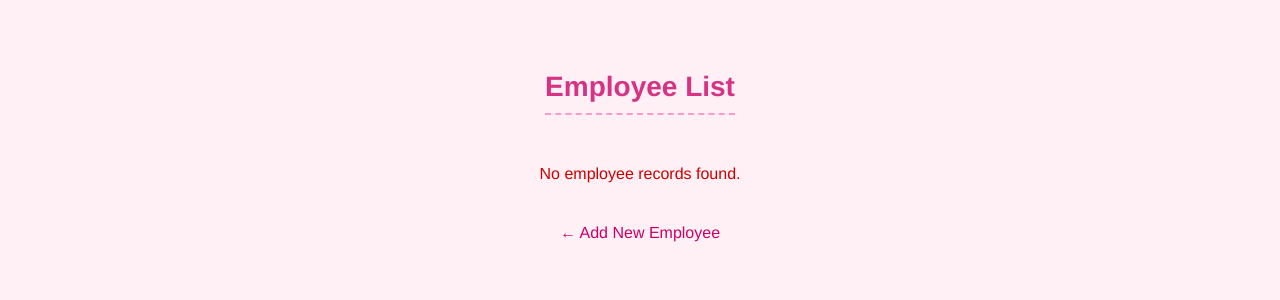
Repository: KUSUMA-74/Advance-JavaProject
Page: http://localhost/EmployeeWebApp/DisplayEmployeeServlet
These files come from the project's save history. The page is drawn as it stood at one moment and after the next save; the edit follows.
The browser window is 1280 px wide. The pictures show the whole page.
The page is served by Tomcat 9. Queries for data that is not in the repository find no rows.

Above is the page before, as saved 2025-05-30 15:10:08.

After the next save:
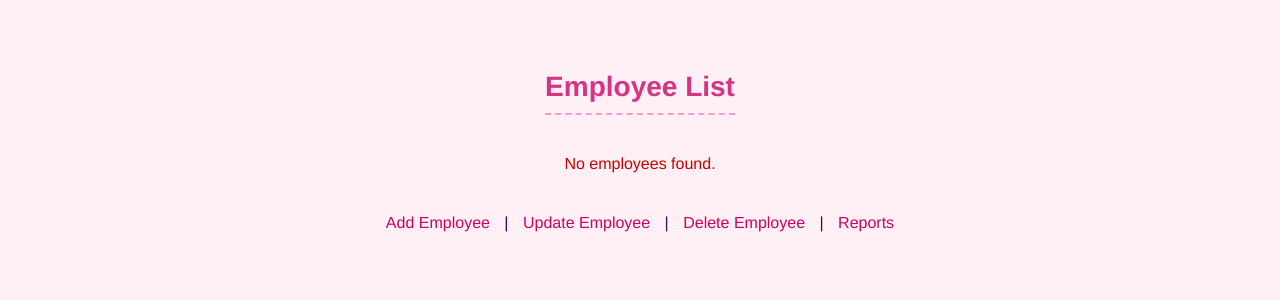
Saved 3 min 1 s later.
--- a/EmployeeWebApp/src/main/webapp/empdisplay.jsp
+++ b/EmployeeWebApp/src/main/webapp/empdisplay.jsp
@@ -1,5 +1,5 @@
-<%@ page import="java.sql.*" %>
 <%@ page contentType="text/html;charset=UTF-8" language="java" %>
+<%@ page import="java.sql.*, java.util.*" %>
 <!DOCTYPE html>
 <html>
 <head>
@@ -7,8 +7,8 @@
     <style>
         body {
             background-color: #fff0f5;
+            color: #4a004a;
             font-family: 'Helvetica Neue', Helvetica, Arial, sans-serif;
-            color: #4a004a;
             padding: 40px;
             display: flex;
             flex-direction: column;
@@ -17,44 +17,40 @@
 
         h2 {
             color: #d63384;
-            margin-bottom: 30px;
             font-size: 28px;
+            margin-bottom: 20px;
             border-bottom: 2px dashed #ff99cc;
             padding-bottom: 10px;
         }
 
         table {
+            border-collapse: collapse;
             width: 90%;
-            max-width: 900px;
-            border-collapse: collapse;
             background-color: #ffe6f0;
-            border: 2px solid #ffcce6;
-            box-shadow: 0 4px 15px rgba(200, 100, 150, 0.2);
-            border-radius: 12px;
+            box-shadow: 0 4px 12px rgba(200, 100, 150, 0.2);
+            margin-top: 20px;
+            border-radius: 10px;
             overflow: hidden;
         }
 
         th, td {
-            padding: 12px 15px;
+            padding: 12px;
             text-align: center;
+            border-bottom: 1px solid #ffcce6;
         }
 
         th {
-            background-color: #ffb6c1;
-            color: #4a004a;
-            font-size: 16px;
+            background-color: #ff66b2;
+            color: white;
         }
 
-        tr:nth-child(even) {
+        td {
+            color: #660033;
             background-color: #fff5fa;
         }
 
-        tr:hover {
-            background-color: #ffd6e8;
-        }
-
         a {
-            margin-top: 25px;
+            margin: 20px 10px;
             color: #cc0066;
             text-decoration: none;
             font-weight: 500;
@@ -64,9 +60,18 @@
             text-decoration: underline;
         }
 
-        .no-data {
+        .message {
+            margin-top: 20px;
+            color: #008000;
+        }
+
+        .error {
             margin-top: 20px;
             color: #cc0000;
+        }
+
+        div {
+            margin-top: 25px;
         }
     </style>
 </head>
@@ -74,50 +79,72 @@
     <h2>Employee List</h2>
 
     <%
+        String message = request.getParameter("message");
+        String error = request.getParameter("error");
+        if (message != null) {
+    %>
+        <p class="message"><%= message %></p>
+    <%
+        } else if (error != null) {
+    %>
+        <p class="error"><%= error %></p>
+    <%
+        }
+
+        String dbURL = "jdbc:mysql://localhost:3306/employee_db?useSSL=false&serverTimezone=UTC";
+        String dbUser = "root";
+        String dbPass = ""; // Your password
+
         try {
             Class.forName("com.mysql.cj.jdbc.Driver");
-            Connection con = DriverManager.getConnection("jdbc:mysql://localhost:3306/yourdbname", "root", "yourpassword");
-            Statement stmt = con.createStatement();
-            ResultSet rs = stmt.executeQuery("SELECT * FROM Employee");
+            Connection conn = DriverManager.getConnection(dbURL, dbUser, dbPass);
+
+            Statement stmt = conn.createStatement();
+            ResultSet rs = stmt.executeQuery("SELECT * FROM employees");
 
             if (!rs.isBeforeFirst()) {
-    %>
-                <p class="no-data">No employee records found.</p>
-    <%
+                out.println("<p class='error'>No employees found.</p>");
             } else {
     %>
-                <table border="1">
-                    <tr>
-                        <th>Employee Number</th>
-                        <th>Name</th>
-                        <th>Date of Joining</th>
-                        <th>Gender</th>
-                        <th>Basic Salary</th>
-                    </tr>
+    <table>
+        <tr>
+            <th>Emp No</th>
+            <th>Name</th>
+            <th>Date of Joining</th>
+            <th>Gender</th>
+            <th>Basic Salary</th>
+        </tr>
     <%
                 while (rs.next()) {
     %>
-                    <tr>
-                        <td><%= rs.getInt("Empno") %></td>
-                        <td><%= rs.getString("EmpName") %></td>
-                        <td><%= rs.getDate("DoJ") %></td>
-                        <td><%= rs.getString("Gender") %></td>
-                        <td><%= rs.getDouble("Bsalary") %></td>
-                    </tr>
+        <tr>
+            <td><%= rs.getInt("empno") %></td>
+            <td><%= rs.getString("empname") %></td>
+            <td><%= rs.getString("doj") %></td>
+            <td><%= rs.getString("gender") %></td>
+            <td><%= rs.getDouble("bsalary") %></td>
+        </tr>
     <%
                 }
     %>
-                </table>
+    </table>
     <%
             }
-            con.close();
+
+            rs.close();
+            stmt.close();
+            conn.close();
+
         } catch (Exception e) {
-    %>
-        <p class="no-data">Error: <%= e.getMessage() %></p>
-    <%
+            out.println("<p class='error'>Error: " + e.getMessage() + "</p>");
         }
     %>
 
-    <a href="empadd.jsp">← Add New Employee</a>
+    <div>
+        <a href="empadd.jsp">Add Employee</a> |
+        <a href="empupdate.jsp">Update Employee</a> |
+        <a href="empdelete.jsp">Delete Employee</a> |
+        <a href="report_form.jsp">Reports</a>
+    </div>
 </body>
 </html>
